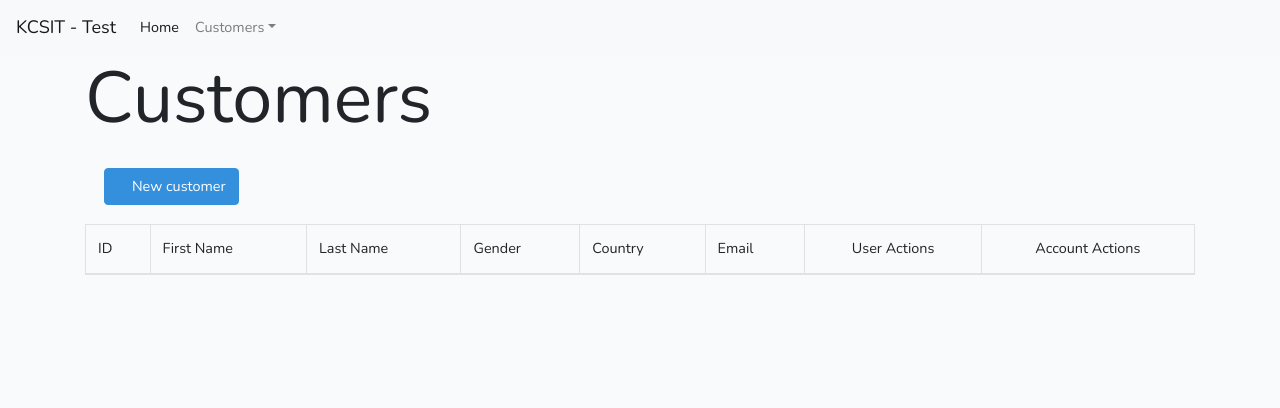
Repository: GilmarBrito/kcsit
Page: http://localhost/customers
An editor plug-in stored every save of this project. The page is shown before and after the next save, followed by the edit.
The browser window is 1280 px wide. The pictures show the whole page.
The page is served by the project's Laravel application, run on PHP 8.4 with Laravel 8. Style sheets and scripts are compiled from the project's sources, by tool versions that may differ from the author's. Queries for data that is not in the repository find no rows.

Above is the page before, as saved 2020-03-08 20:38:58.
Console error: ReferenceError: $ is not defined

After the next save:
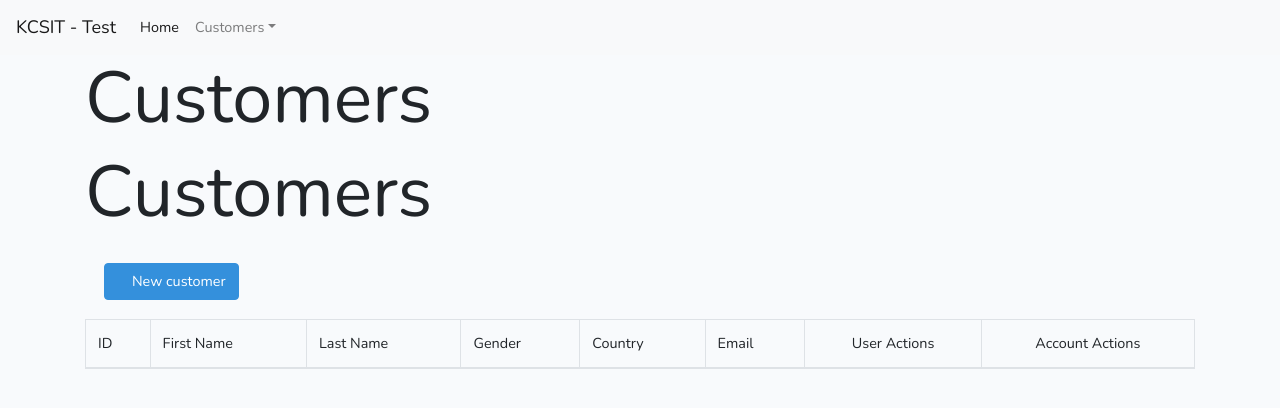
Saved 21 s later.
--- a/resources/views/customers/index.blade.php
+++ b/resources/views/customers/index.blade.php
@@ -2,6 +2,9 @@
 
 @section('main')
 <div class="row">
+    <div class="col-sm-12">
+        <h1 class="display-3">Customers</h1>
+    </div>
     <div class="col-sm-12">
         <h1 class="display-3">Customers</h1>
     </div>

After the save that followed:
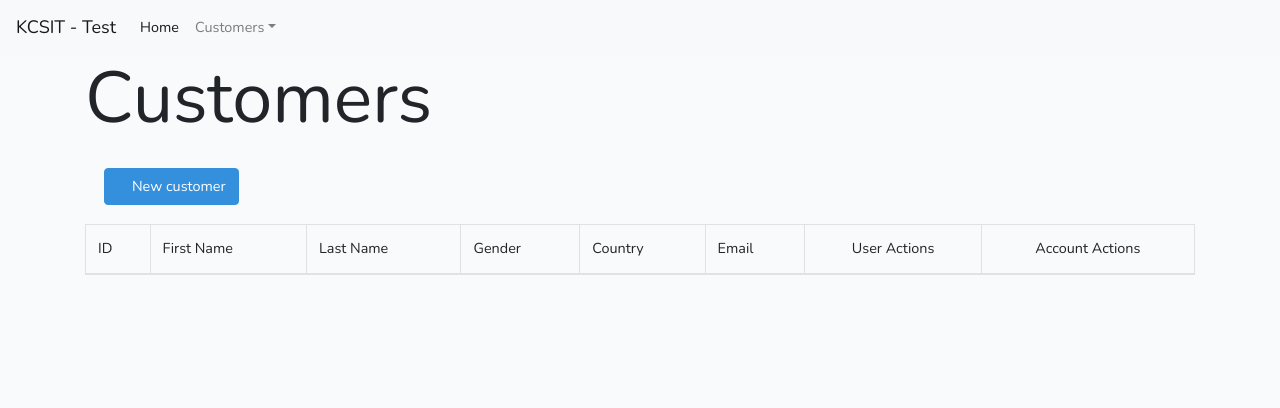
Saved 18 s later.
--- a/resources/views/customers/index.blade.php
+++ b/resources/views/customers/index.blade.php
@@ -6,12 +6,9 @@
         <h1 class="display-3">Customers</h1>
     </div>
     <div class="col-sm-12">
-        <h1 class="display-3">Customers</h1>
+        <a style="margin: 19px;" href="{{route('customers.create')}}" class="btn btn-primary"><i class="fas fa-user-plus"></i> New customer</a>
     </div>
     <div class="col-sm-12">
-        <div>
-            <a style="margin: 19px;" href="{{route('customers.create')}}" class="btn btn-primary"><i class="fas fa-user-plus"></i> New customer</a>
-        </div>
         <table class="table table-striped table-bordered">
             <thead>
                 <tr>
